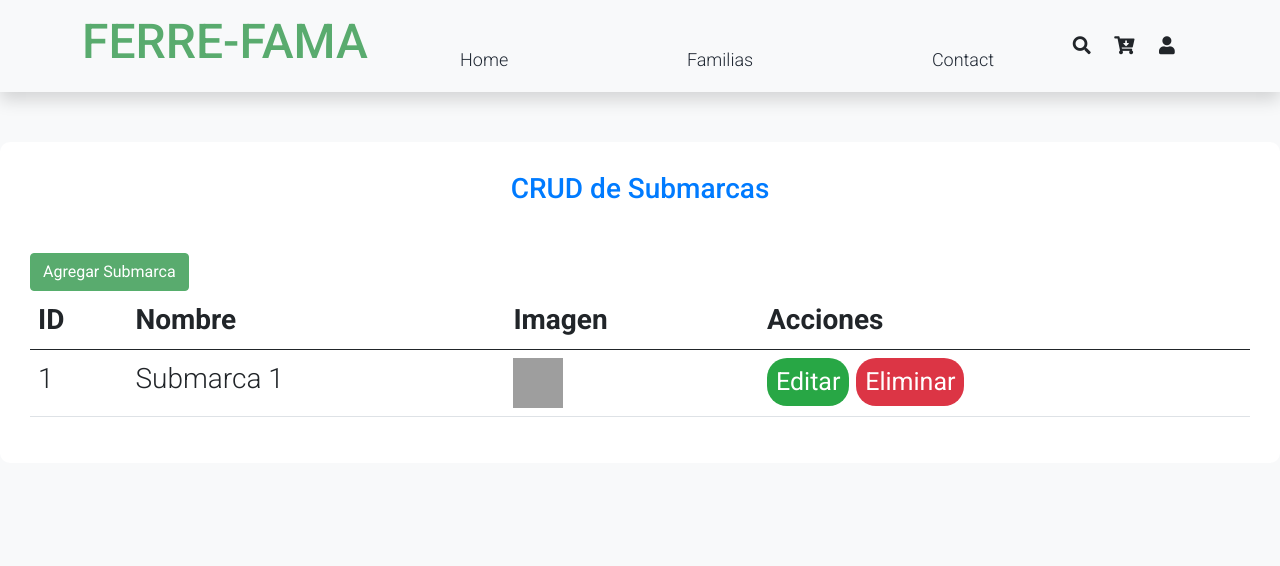
Repository: Yaqode/front-fama
Page: http://localhost/multimedia/Views/marcas.php
The author's editor kept a copy of each file at every save. The page is drawn from the files as they stood at one save, then again after the next save.
The browser window is 1280 px wide. The pictures show the whole page.
Pictures or frames that could not be fetched are drawn as grey boxes. The page is run by PHP 8.4 with error messages shown; the project is at /var/www/html/.

Above is the page before, as saved 2023-12-06 21:56:55.

After the next save:
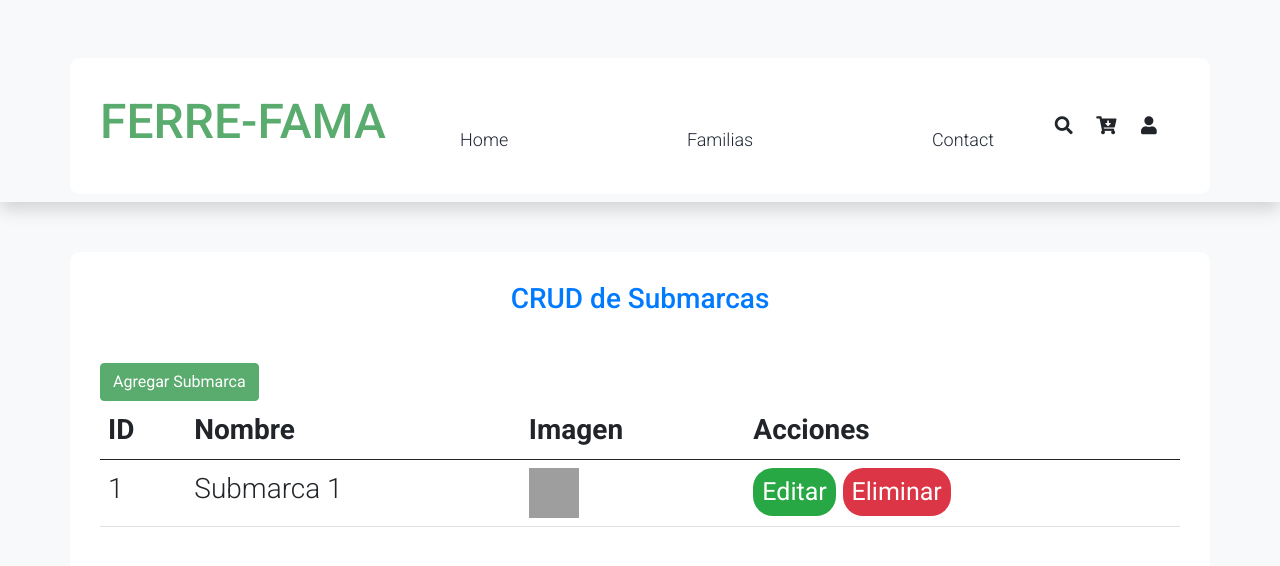
Saved 12 s later.
--- a/Views/marcas.php
+++ b/Views/marcas.php
@@ -23,7 +23,7 @@ body {
     font-family: 'Georgia', serif;
 }
 
-.container1 {
+.container {
     margin-top: 50px;
     background-color: #ffffff;
     padding: 30px;
@@ -120,7 +120,7 @@ table {
 <!-- Close Header -->
 
 
-<div class="container1">
+<div class="container">
     <h2 class="mb-4">CRUD de Submarcas</h2>
 
     <!-- Botón para abrir el modal de agregar submarca -->
